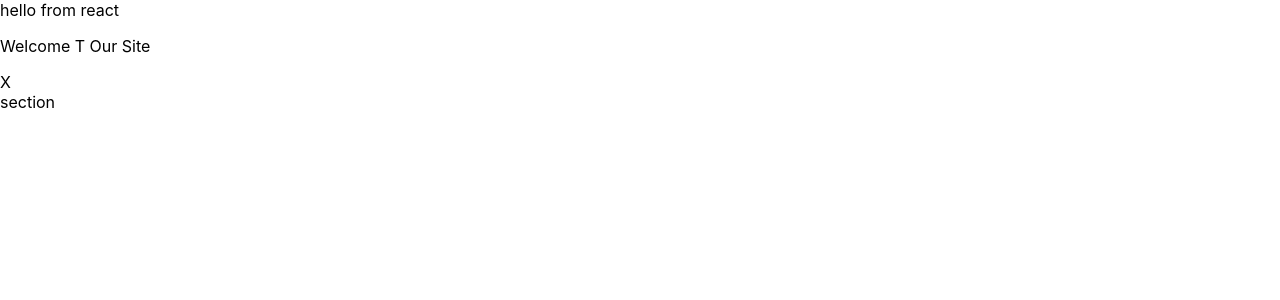
Repository: KrzysKolo/sr_tydzien5_zad1
Page: /
The author's editor kept a copy of each file at every save. The page is drawn from the files as they stood at one save, then again after the next save.
The browser window is 1280 px wide. The pictures show the whole page.
The project was rebuilt for these pictures with package versions that can differ from the ones it lists, and the page was loaded fresh each time.

Above is the page before, as saved 2020-12-18 13:19:24.

### src/App.js
import React from 'react';
import Modal from './components/modal/Modal'

function App() {
  return (
    <div className="App">
     hello from react
     <Modal />
    </div>
  );
}

export default App;

### src/components/modal/Modal.js
import React from 'react';
import {ModalHeader, ModalSection} from './modalComponents/';

const Modal = () => {
    return (
        <div className="modal-wrapper">
            <ModalHeader />
            <ModalSection />
        </div>
    )
}

export default Modal;

### src/components/modal/modalComponents/index.js
export { default as ModalHeader } from './ModalHeder';
export { default as ModalSection } from './ModalSection';

### src/components/modal/modalComponents/ModalHeder.js
import React from 'react';

const ModalHeder = () => {
    return (
        <header className="modal-header">
            <p>Welcome T Our Site</p>
            <span className="close-modal-btn">X</span>
        </header>
    )
}

export default ModalHeder;

### src/components/modal/modalComponents/ModalSection.js
import React from 'react';

const ModalSection = () => {
    return (
        <section className="modal-content">
            section
        </section>
    )
}

export default ModalSection;

Loaded but not shown: public/index.html (common file); src/index.js (common file); src/index.css (common file)

After the next save:
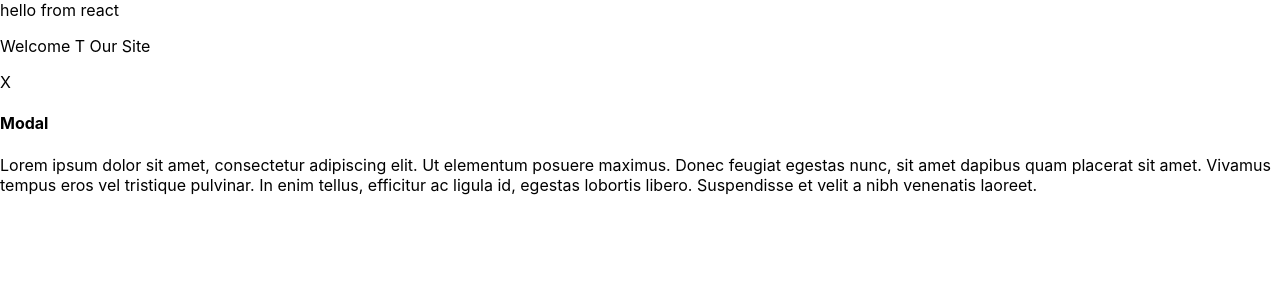
Saved 3 min 0 s later.
--- a/src/components/modal/modalComponents/ModalSection.js
+++ b/src/components/modal/modalComponents/ModalSection.js
@@ -3,7 +3,12 @@ import React from 'react';
 const ModalSection = () => {
     return (
         <section className="modal-content">
-            section
+            <div className="modal-body">
+                <h4>Modal</h4>
+                <p>
+                Lorem ipsum dolor sit amet, consectetur adipiscing elit. Ut elementum posuere maximus. Donec feugiat egestas nunc, sit amet dapibus quam placerat sit amet. Vivamus tempus eros vel tristique pulvinar. In enim tellus, efficitur ac ligula id, egestas lobortis libero. Suspendisse et velit a nibh venenatis laoreet.
+                </p>
+            </div>
         </section>
     )
 }
